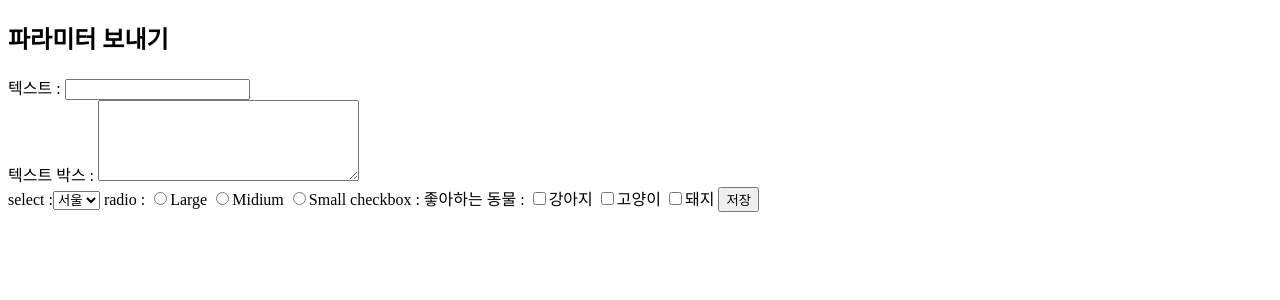
Repository: DrakeJU/eclipse-workspace
Page: Web/WebContent/01/Form.html
These files come from the project's save history. The page is drawn as it stood at one moment and after the next save; the edit follows.
The browser window is 1280 px wide. The pictures show the whole page.

Above is the page before, as saved 2017-10-12 08:09:54.

### Web/WebContent/01/Form.html
<!DOCTYPE html>
<html>
<head>
<meta http-equiv="Content-Type" content="text/html; charset= euc_kr">
<title>requestGetParameter</title>
</head>
<body>
	<h2>파라미터 보내기</h2>
	<form action = /01/requestGetParameter method="post">
		텍스트 : <input type="text" name="name"><br>
		텍스트 박스 : <textarea cols = 30 rows = 5 name = "content"></textarea><br>
	select :<select name = "city">
			<option value = "Seoul">서울</option>
			<option value = "Paris">파리</option>
			<option value = "LA">나성</option>
			</select>
	radio : <input type = "radio" name = "sradio" value = "large">Large</input>
			<input type = "radio" name = "sradio" value = "midium">Midium</input>
			<input type = "radio" name = "sradio" value = "small">Small</input>
	checkbox : 좋아하는 동물 :
			<input type = "checkbox" name = "pet" value = "dog">강아지
			<input type = "checkbox" name = "pet" value = "cat">고양이
			<input type = "checkbox" name = "pet" value = "pig">돼지
			<input type = submit value = "저장">


	</form>
</body>
</html>

After the next save:
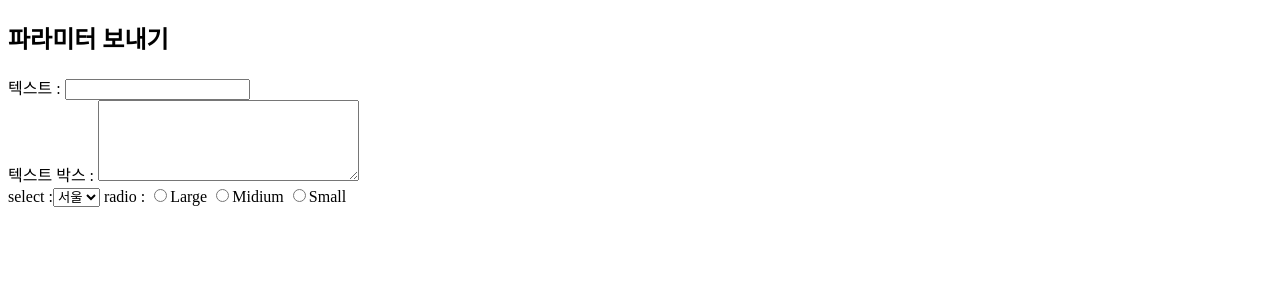
Saved 5 min 33 s later.
--- a/Web/WebContent/01/Form.html
+++ b/Web/WebContent/01/Form.html
@@ -17,11 +17,11 @@
 	radio : <input type = "radio" name = "sradio" value = "large">Large</input>
 			<input type = "radio" name = "sradio" value = "midium">Midium</input>
 			<input type = "radio" name = "sradio" value = "small">Small</input>
-	checkbox : 좋아하는 동물 :
+<!-- 	checkbox : 좋아하는 동물 :
 			<input type = "checkbox" name = "pet" value = "dog">강아지
 			<input type = "checkbox" name = "pet" value = "cat">고양이
 			<input type = "checkbox" name = "pet" value = "pig">돼지
-			<input type = submit value = "저장">
+			<input type = submit value = "저장"> -->
 
 
 	</form>

After the save that followed:
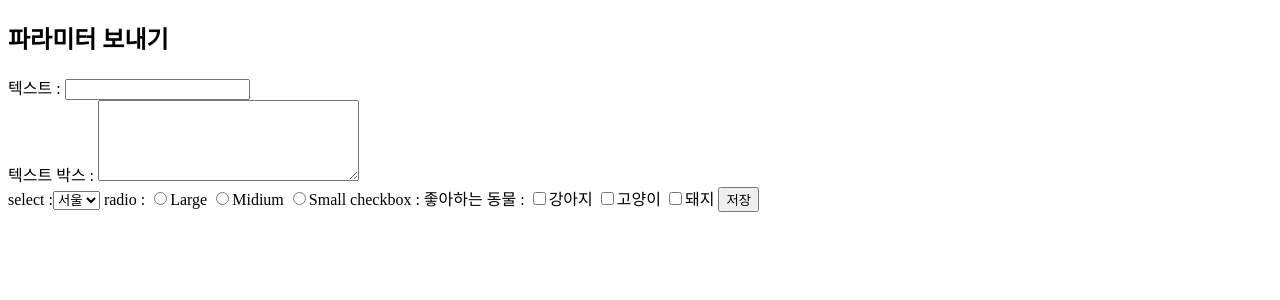
Saved 25 s later.
--- a/Web/WebContent/01/Form.html
+++ b/Web/WebContent/01/Form.html
@@ -17,11 +17,11 @@
 	radio : <input type = "radio" name = "sradio" value = "large">Large</input>
 			<input type = "radio" name = "sradio" value = "midium">Midium</input>
 			<input type = "radio" name = "sradio" value = "small">Small</input>
-<!-- 	checkbox : 좋아하는 동물 :
+	checkbox : 좋아하는 동물 :
 			<input type = "checkbox" name = "pet" value = "dog">강아지
 			<input type = "checkbox" name = "pet" value = "cat">고양이
 			<input type = "checkbox" name = "pet" value = "pig">돼지
-			<input type = submit value = "저장"> -->
+			<input type = submit value = "저장">
 
 
 	</form>
